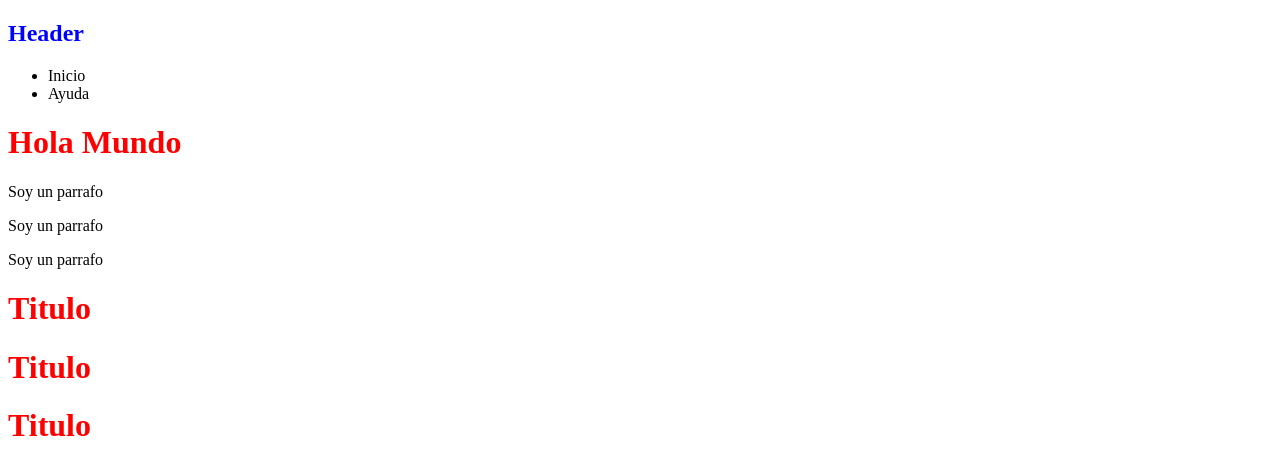
Repository: Klauditha/desafio_modulo_react
Page: / (app in 01_Introduccion/ClasePrincipal/)
An editor plug-in stored every save of this project. The page is shown before and after the next save, followed by the edit.
The browser window is 1280 px wide. The pictures show the whole page.
The project was rebuilt for these pictures with package versions that can differ from the ones it lists, and the page was loaded fresh each time. Also part of the build but not shown: 01_Introduccion/ClasePrincipal/vite.config.js, 01_Introduccion/ClasePrincipal/src/index.css.

Above is the page before, as saved 2023-09-07 23:50:44.

### 01_Introduccion/ClasePrincipal/src/App.jsx
import "./App.css";
import { Card } from "./components/Card";
import Header from "./components/Header";

const App = () => {
  return (
    //Uso de Fragment <>
    <>
      <Header />
      <h1>Hola Mundo</h1>
      <p>Soy un parrafo</p>
      <p>Soy un parrafo</p>
      <p>Soy un parrafo</p>
      <div className="container">
      <Card titulo="uno" imagen="" texto="prueba"/>
      <Card/>
      <Card/>
      </div>

    </>
  );
};

export default App;

### 01_Introduccion/ClasePrincipal/src/App.css
h1{
  color:red;
}

h2{
  color:blue
}

### 01_Introduccion/ClasePrincipal/src/components/Card.jsx
export const Card = (props) => {
  return (
    <>
    <h1>Titulo</h1>
    <div></div>
    <div></div>
    </>
  )
}

### 01_Introduccion/ClasePrincipal/src/components/Header.jsx
import Enlaces from "./Enlaces";

const Header = () => {
  return (
    <>
      <h2>Header</h2>
      <Enlaces/>
    </>
  );
};

export default Header;

### 01_Introduccion/ClasePrincipal/src/components/Enlaces.jsx
export const Enlaces = () => {
  return (
    <div>
      <ul>
        <li>Inicio</li>
        <li>Ayuda</li>
      </ul>
    </div>
  );
};

export default Enlaces;

Loaded but not shown: 01_Introduccion/ClasePrincipal/index.html (common file); 01_Introduccion/ClasePrincipal/src/main.jsx (common file)

After the next save:
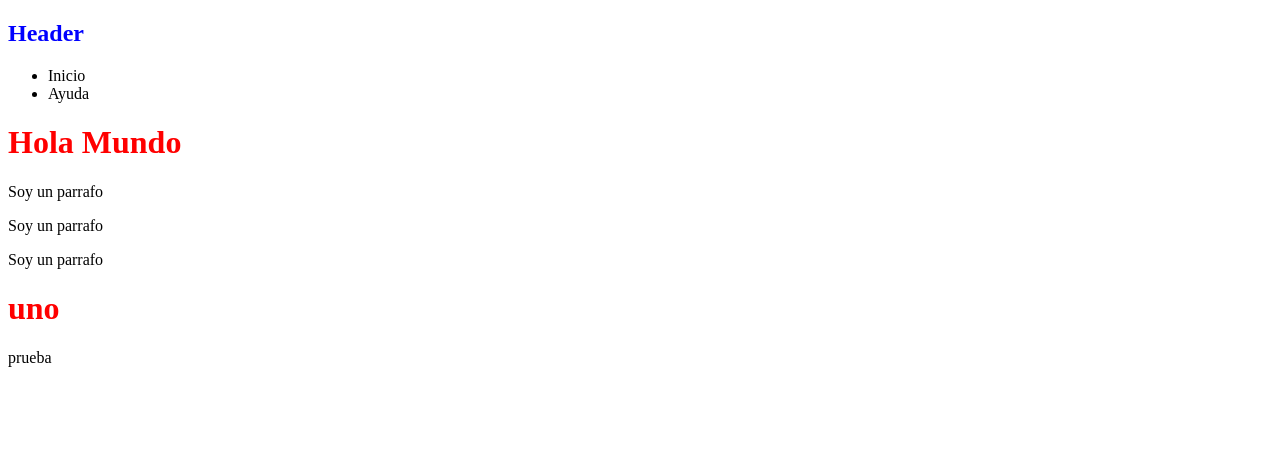
Saved 42 s later.
--- a/01_Introduccion/ClasePrincipal/src/components/Card.jsx
+++ b/01_Introduccion/ClasePrincipal/src/components/Card.jsx
@@ -1,9 +1,10 @@
+/* eslint-disable react/prop-types */
 export const Card = (props) => {
   return (
     <>
-    <h1>Titulo</h1>
-    <div></div>
-    <div></div>
+    <h1>{props.titulo}</h1>
+    <div>{props.imagen}</div>
+    <div>{props.texto}</div>
     </>
   )
 }
